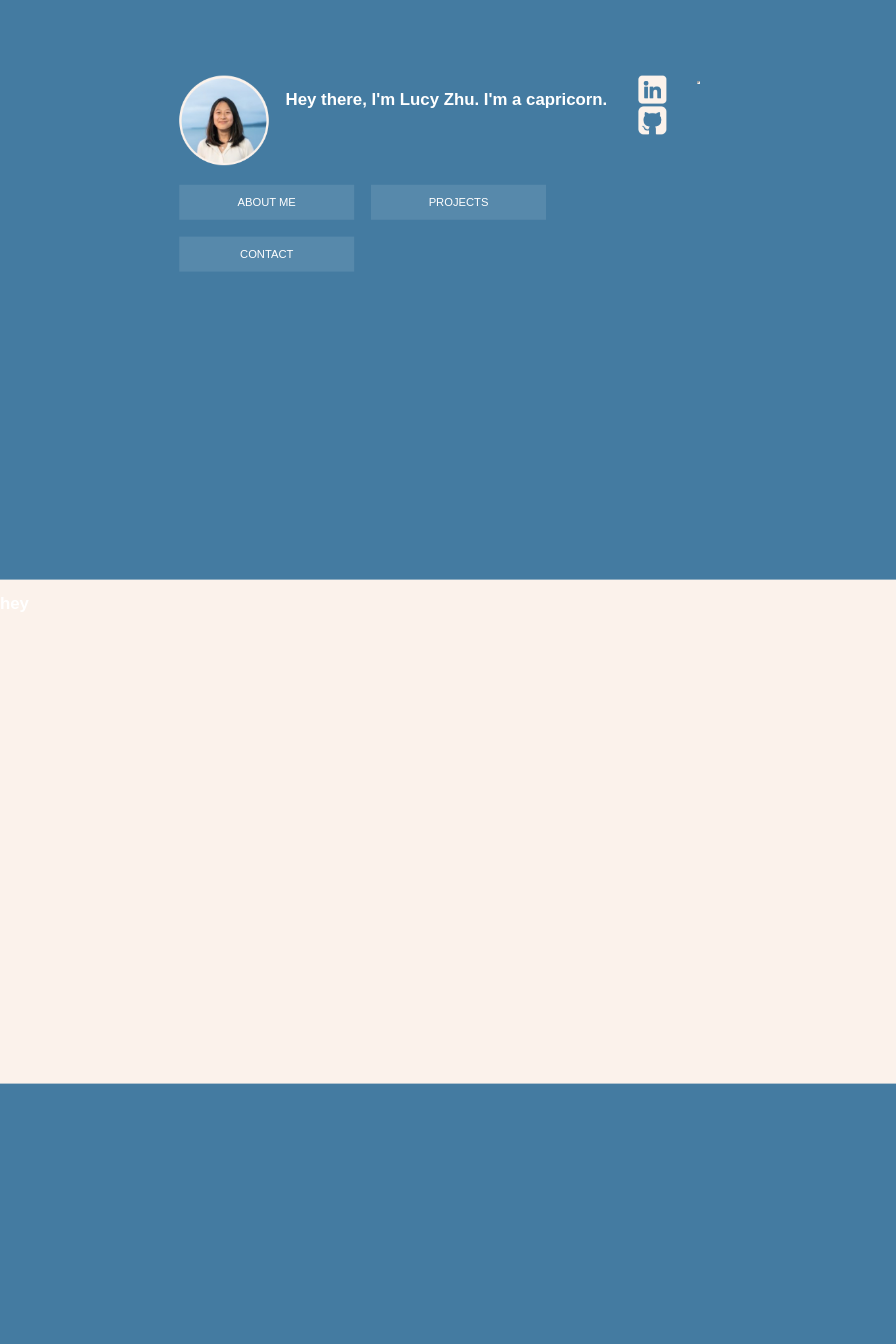
Repository: lukisoo/lukisoo-portfolio
Page: /
The author's editor kept a copy of each file at every save. The page is drawn from the files as they stood at one save, then again after a run of saves.
The browser window is 1280 px wide. The pictures show the part of the page from y = 0 to 1920 px (the page is 2988 px tall), at 70% of full size.
The project was rebuilt for these pictures with package versions that can differ from the ones it lists, and the page was loaded fresh each time.

Above is the page before, as saved 2022-07-31 06:35:45.

### public/index.html
<!DOCTYPE html>
<html lang="en">
  <head>
    <meta charset="utf-8" />
    <link rel="icon" href="%PUBLIC_URL%/favicon.ico" />
    <meta name="viewport" content="width=device-width, initial-scale=1" />
    <meta name="theme-color" content="#000000" />
    <meta
      name="description"
      content="Web site created using create-react-app"
    />
    <link rel="apple-touch-icon" href="%PUBLIC_URL%/logo192.png" />
    <!--
      manifest.json provides metadata used when your web app is installed on a
      user's mobile device or desktop. See https://developers.google.com/web/fundamentals/web-app-manifest/
    -->
    <link rel="manifest" href="%PUBLIC_URL%/manifest.json" />
    <!--
      Notice the use of %PUBLIC_URL% in the tags above.
      It will be replaced with the URL of the `public` folder during the build.
      Only files inside the `public` folder can be referenced from the HTML.

      Unlike "/favicon.ico" or "favicon.ico", "%PUBLIC_URL%/favicon.ico" will
      work correctly both with client-side routing and a non-root public URL.
      Learn how to configure a non-root public URL by running `npm run build`.
    -->
    <title>Lucy Zhu's Portfolio</title>
  </head>
  <body>
    <noscript>You need to enable JavaScript to run this app.</noscript>
    <div id="root"></div>
    <!--
      This HTML file is a template.
      If you open it directly in the browser, you will see an empty page.

      You can add webfonts, meta tags, or analytics to this file.
      The build step will place the bundled scripts into the <body> tag.

      To begin the development, run `npm start` or `yarn start`.
      To create a production bundle, use `npm run build` or `yarn build`.
    -->
  </body>
</html>

### src/index.js
import React from "react";
import {
  BrowserRouter as Router,
  Route,
  BrowserRouter,
} from "react-router-dom";
import ReactDOM from "react-dom/client";
import "./index.css";
import App from "./App";
import reportWebVitals from "./reportWebVitals";

const root = ReactDOM.createRoot(document.getElementById("root"));
root.render(
  <React.StrictMode>
    <BrowserRouter>
        <App />
    </BrowserRouter>
  </React.StrictMode>
);

// If you want to start measuring performance in your app, pass a function
// to log results (for example: reportWebVitals(console.log))
// or send to an analytics endpoint. Learn more: https://bit.ly/CRA-vitals
reportWebVitals();

### src/index.css
@import url('https://fonts.googleapis.com/css2?family=Source+Sans+Pro:ital,wght@0,200;0,300;0,400;0,600;0,700;0,900;1,200;1,300;1,400;1,600;1,700;1,900&display=swap');

body {
  margin: 0;
  /* font-family: -apple-system, BlinkMacSystemFont, 'Segoe UI', 'Roboto', 'Oxygen',
    'Ubuntu', 'Cantarell', 'Fira Sans', 'Droid Sans', 'Helvetica Neue',
    sans-serif; */
    font-family: arial;
  -webkit-font-smoothing: antialiased;
  -moz-osx-font-smoothing: grayscale;
  background-color: #447BA1;
  color: white;
  /* font-family: 'Source Sans Pro', sans-serif; */
}

code {
  font-family: source-code-pro, Menlo, Monaco, Consolas, 'Courier New',
    monospace;
}

a {
  text-decoration: none;
}

### src/App.js
import "./App.css";

import { Link } from "react-router-dom";
import Grid from "@mui/material/Grid";

import ProfilePhoto from "./images/header/profile-photo.png";
import LinkedinLogo from "./images/header/linkedin-logo.png";
import GithubLogo from "./images/header/github-logo.png";

function App() {
  return (
    <div className="App">
      <header className="full-section">
        <div className="header-content">
          <Grid container spacing={3}>
            <Grid item xs={12} md={12}>
              <img
                src={ProfilePhoto}
                className="profile-photo"
                alt="Profile Photo"
              />
            </Grid>
            <Grid item xs={12} md={12}>
              <h2>Hey there, I'm Lucy Zhu. I'm a capricorn.</h2>
            </Grid>
            <Grid item xs={12} md={12}>
              <a href="https://www.linkedin.com/in/lucyzhu613/">
                {" "}
                <img
                  src={LinkedinLogo}
                  className="social-logo"
                  alt="Linkedin Logo"
                />
              </a>
              <a href="https://github.com/lukisoo">
                <img
                  src={GithubLogo}
                  className="social-logo"
                  alt="Github Logo"
                />
              </a>
            </Grid>
            <Grid item xs={12} md={12}>
              <hr className="header-divider" />
            </Grid>
            <Grid item xs={12} md={4}>
              <a href="#about-me-section">
                <div className="box-1">
                  <div className="btn btn-one">
                    <span>ABOUT ME</span>
                  </div>
                </div>
              </a>
            </Grid>
            <Grid item xs={12} md={4}>
              <a href="#projects-section">
                <div className="box-1">
                  <div className="btn btn-one">
                    <span>PROJECTS</span>
                  </div>
                </div>
              </a>
            </Grid>
            <Grid item xs={12} md={4}>
              <a href="#contact-section">
                <div className="box-1">
                  <div className="btn btn-one">
                    <span>CONTACT</span>
                  </div>
                </div>
              </a>
            </Grid>
          </Grid>
        </div>
      </header>

      <section id="about-me-section" className="full-section">
        <div className="about-me-content">
          <Grid container spacing={0}>
            <Grid item xs={12} md={4}>
              <div className="about-me-left">
                <h1>hey</h1>
              </div>
            </Grid>
            <Grid item xs={12} md={8}>
              <div className="about-me-right">
                <Grid container spacing={2}>
                  <Grid item xs={6} md={8}></Grid>
                  <Grid item xs={6} md={4}></Grid>
                </Grid>
              </div>
            </Grid>
          </Grid>
        </div>
      </section>

      <section id="projects-section" className="full-section">
        <div>
          <Grid container spacing={2}>
            <Grid item xs={6} md={8}></Grid>
            <Grid item xs={6} md={4}></Grid>
            <Grid item xs={6} md={4}></Grid>
            <Grid item xs={6} md={8}></Grid>
          </Grid>
        </div>
      </section>

      <section id="contact-section" className="full-section">
        <div>
          {" "}
          <Grid container spacing={2}>
            <Grid item xs={6} md={8}></Grid>
            <Grid item xs={6} md={4}></Grid>
            <Grid item xs={6} md={4}></Grid>
            <Grid item xs={6} md={8}></Grid>
          </Grid>
        </div>
      </section>
    </div>
  );
}

export default App;

### src/App.css
.App {
  text-align: center;
  margin: 0;
}

/* Section Content */
.full-section {
  height: 100vh;
  width: 100vw;
}

/* Buttons */
.box-1 {
  /* background-color: hsl(0, 100%, 70%);  */
  width: 250px;
  margin: auto;
}

.btn {
	line-height: 50px;
	height: 50px;
	text-align: center;
	width: 250px;
	cursor: pointer;
}

.btn-one {
	color: #FFF;
	transition: all 0.3s;
	position: relative;
}
.btn-one span {
	transition: all 0.3s;
}
.btn-one::before {
	content: '';
	position: absolute;
	bottom: 0;
	left: 0;
	width: 100%;
	height: 100%;
	z-index: 1;
	opacity: 0;
	transition: all 0.3s;
	border-top-width: 1px;
	border-bottom-width: 1px;
	border-top-style: solid;
	border-bottom-style: solid;
	border-top-color: rgba(255,255,255,0.5);
	border-bottom-color: rgba(255,255,255,0.5);
	transform: scale(0.1, 1);
}
.btn-one:hover span {
	letter-spacing: 2px;
}
.btn-one:hover::before {
	opacity: 1;
	transform: scale(1, 1);
}
.btn-one::after {
	content: '';
	position: absolute;
	bottom: 0;
	left: 0;
	width: 100%;
	height: 100%;
	z-index: 1;
	transition: all 0.3s;
	background-color: rgba(255,255,255,0.1);
}
.btn-one:hover::after {
	opacity: 0;
	transform: scale(0.1, 1);
}

/* Header CSS */
.header-content {
  width: 60vw;
  height: 70vh;
  margin: 0 auto 0 auto;
  margin-top: 15vh;
  /* background-color: red; */
}

.header-divider {
  color: white;
  border-width: 2px;
}

.profile-photo {
  width: 10vw;
  height: auto;
}

.social-logo {
  width: 40px;
  height: auto;
  padding: 0 1% 0 1%;
}

.social-logo:hover {
  opacity: 0.8;
  cursor: pointer;
}

/* About Me CSS */
#about-me-section {
  background-color: #FBF2EB;
}

.about-me-content {
  height: 100vh;
  width: 100vw;
}

.about-me-left {

}

.about-me-right {
  background-color: #A79FA7;

}

/* Projects CSS */

/* Contact CSS */

#contact-section {
  background-color: #FBF2EB;
}

Loaded but not shown: src/reportWebVitals.js (common file)

After the next 2 saves:
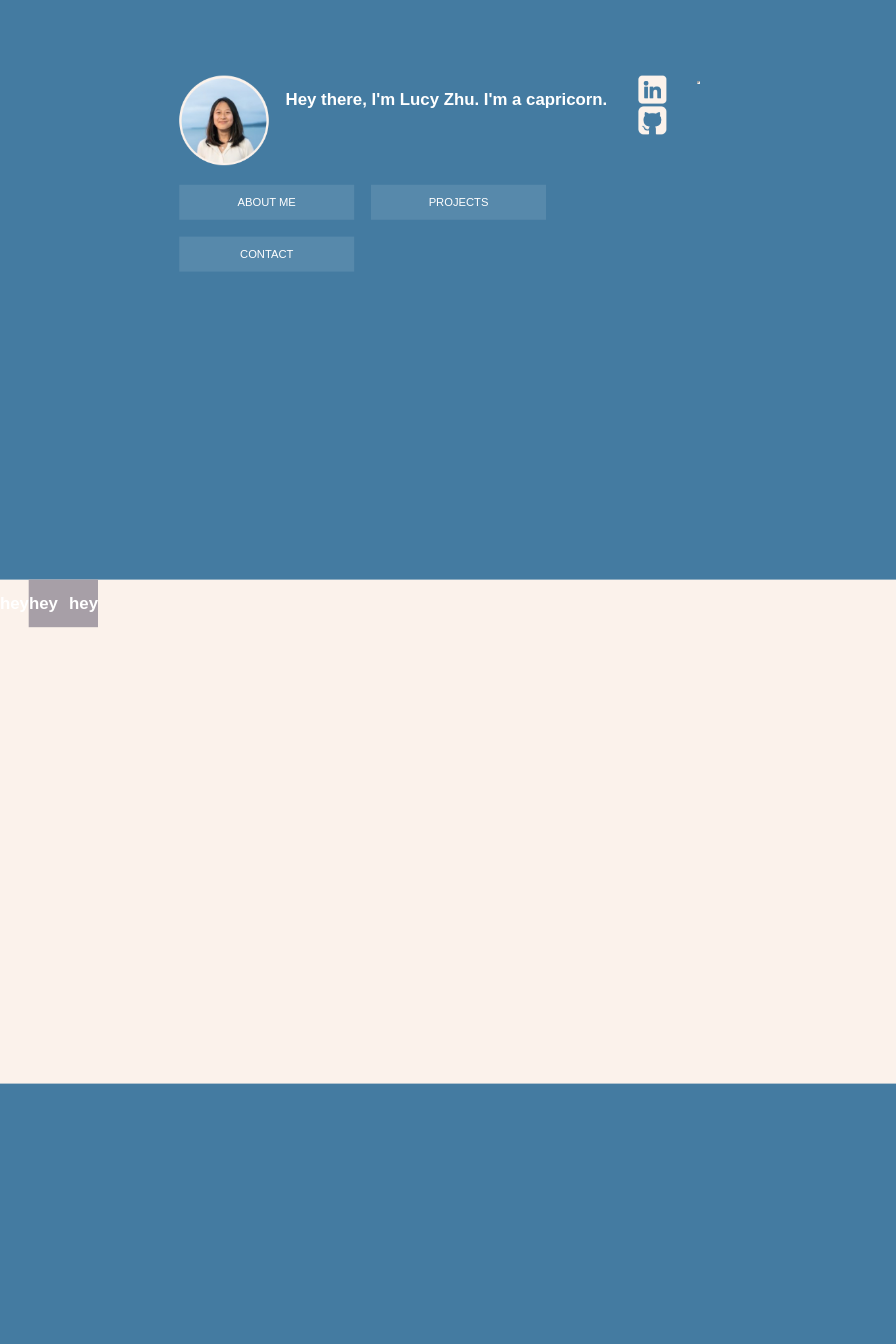
The 2 saves are shown as one change because they came seconds apart.
The last was saved 31 s later.
--- a/src/App.js
+++ b/src/App.js
@@ -85,8 +85,12 @@ function App() {
             <Grid item xs={12} md={8}>
               <div className="about-me-right">
                 <Grid container spacing={2}>
-                  <Grid item xs={6} md={8}></Grid>
-                  <Grid item xs={6} md={4}></Grid>
+                  <Grid item xs={6} md={8}>
+                    <h1>hey</h1>
+                  </Grid>
+                  <Grid item xs={6} md={4}>
+                    <h1>hey</h1>
+                  </Grid>
                 </Grid>
               </div>
             </Grid>
